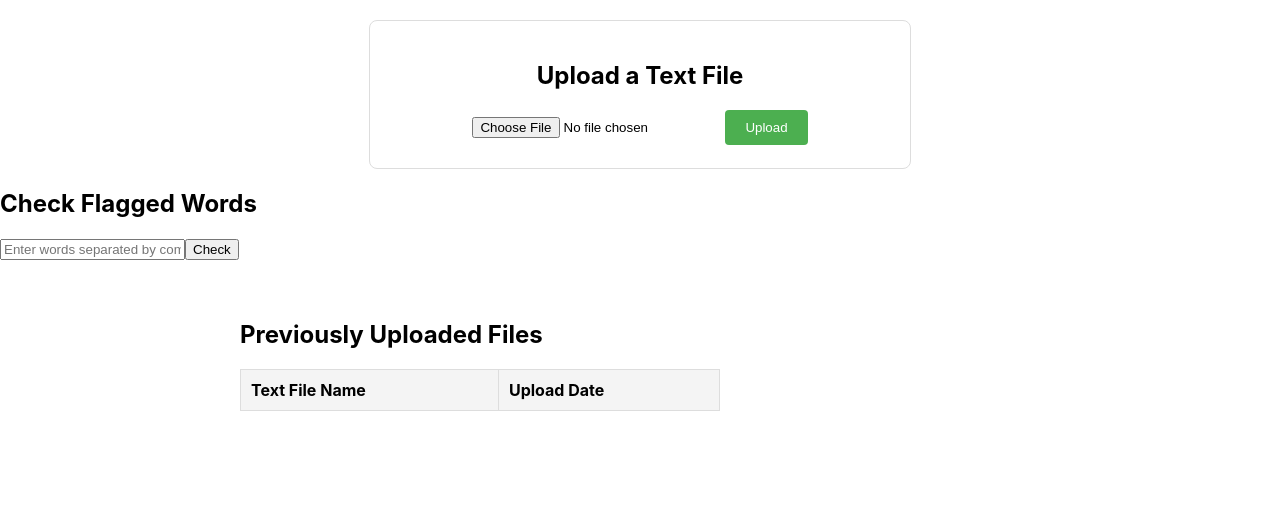
Repository: WafulaLukorito/flagged-Frontend
Page: /
These files come from the project's save history. The page is drawn as it stood at one moment and after the next save; the edit follows.
The browser window is 1280 px wide. The pictures show the whole page.
The page's requests for data from a server got no answer. The project was rebuilt for these pictures with package versions that can differ from the ones it lists, and the page was loaded fresh each time. No one was signed in, and anything a server would have sent is missing.

Above is the page before, as saved 2024-01-20 23:53:32.

After the next save:
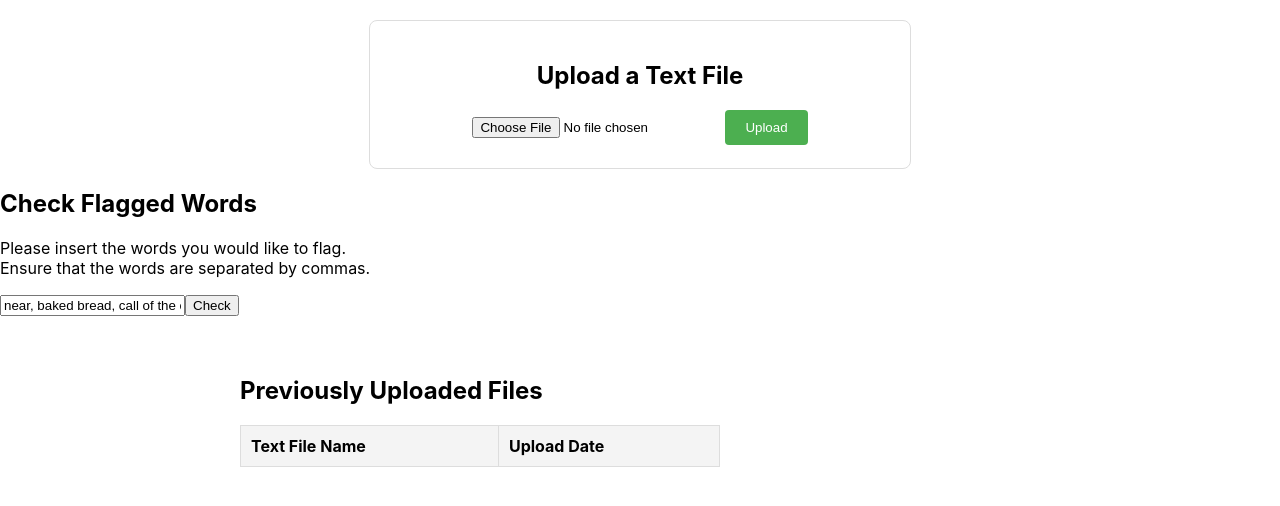
Saved 43 s later.
--- a/src/components/FlaggedWordsChecker/FlaggedWordsChecker.js
+++ b/src/components/FlaggedWordsChecker/FlaggedWordsChecker.js
@@ -2,7 +2,7 @@
 import React, { useState } from 'react';
 
 function FlaggedWordsChecker() {
-    const [inputWords, setInputWords] = useState('');
+    const [inputWords, setInputWords] = useState('near, baked bread, call of the city, moss covered rock, bake, it, adventure, renewed purpose, distant');
     const [result, setResult] = useState(null);
 
     const handleSubmit = async (event) => {
@@ -21,8 +21,9 @@ function FlaggedWordsChecker() {
     };
 
     return (
-        <div>
+        <div className="flagged-words-checker-container">
             <h2>Check Flagged Words</h2>
+            <p>Please insert the words you would like to flag.<br />Ensure that the words are separated by commas.</p>
             <form onSubmit={handleSubmit}>
                 <input
                     type="text"
@@ -36,10 +37,12 @@ function FlaggedWordsChecker() {
             {result && (
                 <div>
                     <h3>Results:</h3>
-                    <p><strong>We checked the words you have flagged against this text:</strong>C {result.textCheckedAgainst}</p>
+                    <p><strong>We checked the words you have flagged against this text:</strong></p>
+                        <p> {result.textCheckedAgainst}</p>
                     <p><strong>These are the flagged words contained in the file:</strong>C {result.foundBadWords.join(', ')}</p>
                     <p><strong>The number of flagged words:</strong> {result.numberOfBadWordsFound}</p>
-                    <p><strong>This check was performed on:</strong>C {new Date(result.checkTime).toLocaleString()}</p>
+                    <p><strong>This check was performed on:</strong> {new Date(result.checkTime).toLocaleString()}</p>
+                    <div dangerouslySetInnerHTML={{ __html: highlightWords(result.textCheckedAgainst, result.foundBadWords) }} />
                 </div>
             )}
         </div>
